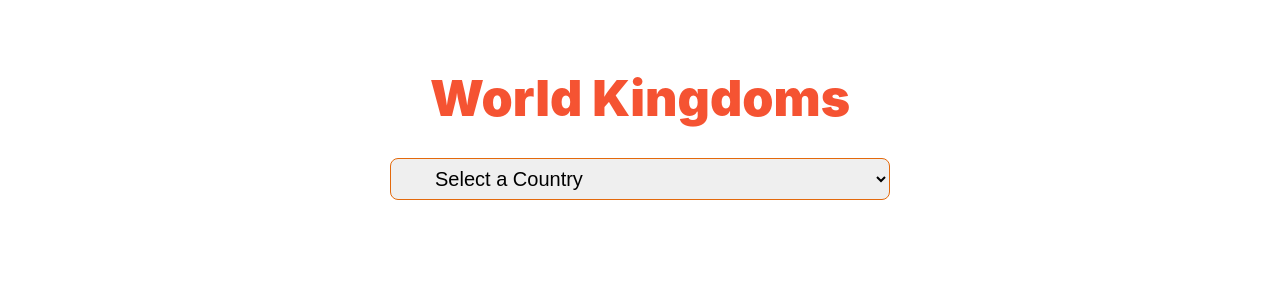
Repository: GloGlorGloria/COMP3170-lab7
Page: /
These files come from the project's save history. The page is drawn as it stood at one moment and after the next save; the edit follows.
The browser window is 1280 px wide. The pictures show the whole page.
The page's requests for data from a server got no answer. The project was rebuilt for these pictures with package versions that can differ from the ones it lists, and the page was loaded fresh each time. No one was signed in, and anything a server would have sent is missing. Also part of the build but not shown: vite.config.js, src/components/Details.jsx.

Above is the page before, as saved 2024-11-24 02:23:37.

### index.html
<!doctype html>
<html lang="en">
  <head>
    <meta charset="UTF-8" />
    <link rel="icon" type="image/svg+xml" href="/Globe icon.png" />
    <meta name="viewport" content="width=device-width, initial-scale=1.0" />
    <title>World Kingdoms</title>
  </head>
  <body>
    <div id="root"></div>
    <script type="module" src="/src/main.jsx"></script>
  </body>
</html>

### src/index.css
:root {
  font-family: Inter, system-ui, Avenir, Helvetica, Arial, sans-serif;
  line-height: 1.5;
  font-weight: 400;

  color-scheme: light dark;
  color: rgba(255, 255, 255, 0.87);
  background-color: #242424;

  font-synthesis: none;
  text-rendering: optimizeLegibility;
  -webkit-font-smoothing: antialiased;
  -moz-osx-font-smoothing: grayscale;
}

a {
  font-size: 50px;
  font-weight: 900;
  color: #f55332;
  text-decoration: inherit;
}
a:hover {
  color: #e3690c;
}


/* h1 {
  font-size: 50px;
  line-height: 1.1;
}

h1:hover{
  color: #ed9614;
} */

.container{
  display: flex;
  flex-direction: column;
  justify-content: center;
  align-items: center;
}

.dropdown {
  border-radius: 8px;
  justify-content: center;
  border: 1px solid #e3690c;
  padding: 0.4em 2em;
  font-size: 20px;
  width: 500px;
  cursor: pointer;
}
.dropdown:hover {
  border-color: blue ;
}


@media (prefers-color-scheme: light) {
  :root {
    color: #213547;
    background-color: #ffffff;
  }
  a:hover {
    color: #747bff;
  }
  button {
    background-color: #f9f9f9;
  }
}

### src/App.jsx
import { BrowserRouter, Routes, Route } from 'react-router-dom';
import Countries from './components/Countries';
import Details from './components/Details';
import './App.css'

function App() {
  return (
       <BrowserRouter>
          <Routes>
          <Route path="/" element={<Countries />}>
            <Route path="/countries/:cca2?" element={<Details />}>
            </Route>
          </Route>
        </Routes>
       </BrowserRouter>
  );
}

export default App

### src/components/Countries.jsx
import { useEffect, useState } from 'react';
import {useNavigate, NavLink, Outlet} from "react-router-dom";


export default function Countries() {
  const [countries, setCountries] = useState([]);
  const [selectedOption, setSelectedOption] = useState("Select a Country");
  const [fetchStatus, setFetchStatus] = useState('idle');
  const navigate = useNavigate();
  const isLoading = fetchStatus === 'loading';
  const isError = fetchStatus === 'error';

  useEffect(() => {
    async function fetchData() {
      try {
        setFetchStatus('loading');
        const response = await fetch('https://restcountries.com/v3.1/name/kingdom');
        if (!response.ok) {
          throw new Error ('Failed to fetch countries');
        }
        const data = await response.json();
        setCountries(data);
        setFetchStatus('idle');
        console.log(countries);
      } catch(e){
        setFetchStatus('error');
        console.error(e.message);
      }
    }
    fetchData();
  }, []);

  useEffect(() => {
    if (location.pathname === "/") {
      setSelectedOption("Select a Country");
    }
  }, [location]);


  const handleCountrySelect = (event) => {
    const countryName = event.target.value;
    setSelectedOption(countryName);

    if (countryName === "Select a Country") {
      navigate("/");
      return;
    }

    const selectedCountry = countries.find((country) => country.name.common === countryName);

    if (selectedCountry) {
    navigate(`/countries/${selectedCountry.cca2}`, { state: {selectedCountry} });
  }};

  return (
    <div className='container'>
      <h1>
        <NavLink
        to="/"
        onClick={() => setSelectedOption("Select a Country")}
        >World Kingdoms</NavLink>
      </h1>
      <div>
        <select className='dropdown' value={selectedOption} onChange={handleCountrySelect} >
          <option>Select a Country</option>
          {countries.map((country, index) => (
            <option
            key={index}
            value={country.name.common}
            >
            {country.name.common}
            </option>
          ))}
        </select>
      </div>

      <Outlet/>
      </div>
    );
  };

Loaded but not shown: src/main.jsx (common file); src/App.css (common file)

After the next save:
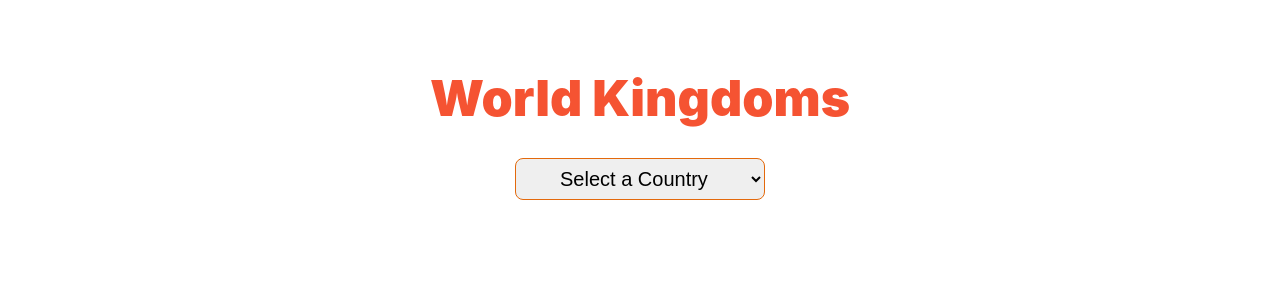
Saved 6 s later.
--- a/src/index.css
+++ b/src/index.css
@@ -46,7 +46,6 @@ h1:hover{
   border: 1px solid #e3690c;
   padding: 0.4em 2em;
   font-size: 20px;
-  width: 500px;
   cursor: pointer;
 }
 .dropdown:hover {
